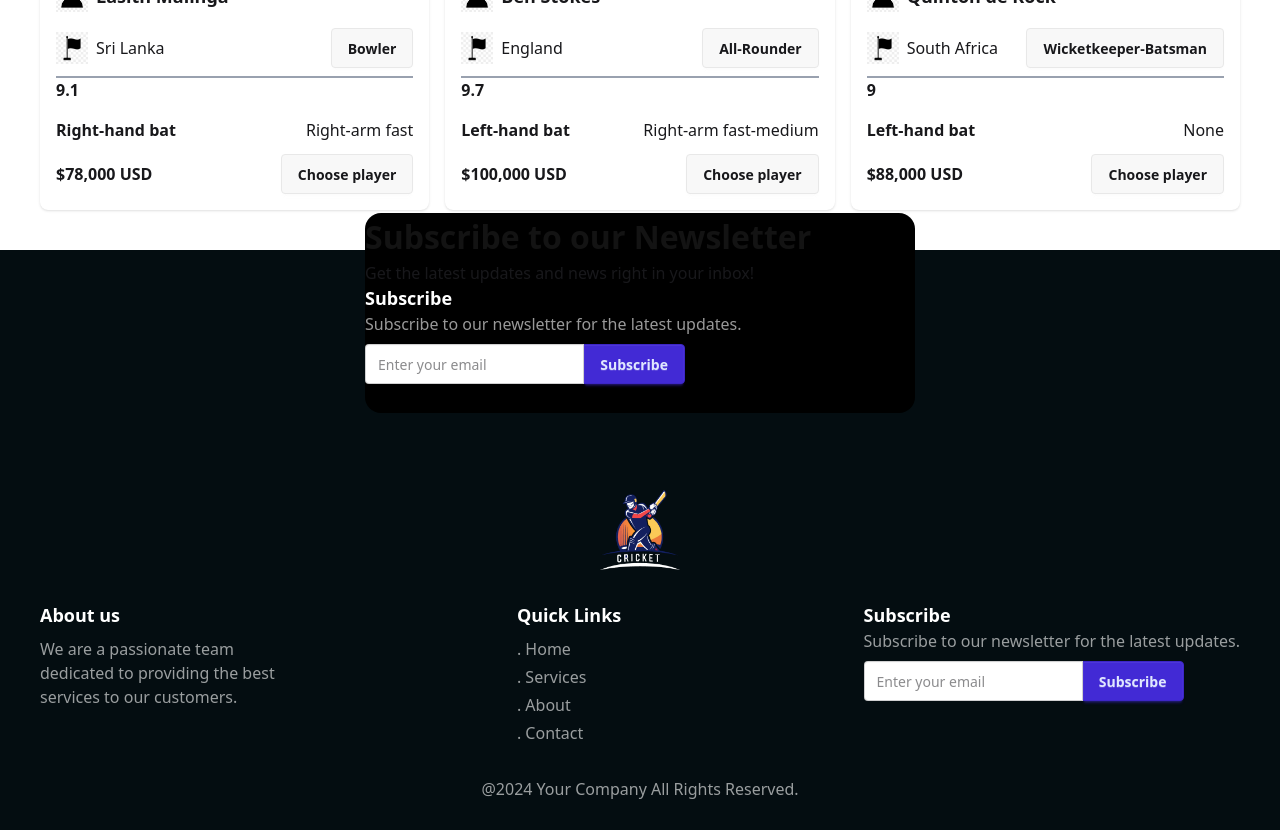
Repository: SanjidaSnigdha/Select-your-eleven
Page: /
An editor plug-in stored every save of this project. The page is shown before and after the next save, followed by the edit.
The browser window is 1280 px wide. The pictures show the part of the page from y = 2867 to 3819 px (the page is 3697 px tall before and 3857 px after).
The project was rebuilt for these pictures with package versions that can differ from the ones it lists, and the page was loaded fresh each time. Also part of the build but not shown: vite.config.js, src/App.css, src/components/SelectedCard/SelectedCard.jsx, src/components/SelectedPlayers/SelectedPlayers.jsx.

Above is the page before, as saved 2026-03-23 01:31:53.

After the next save:
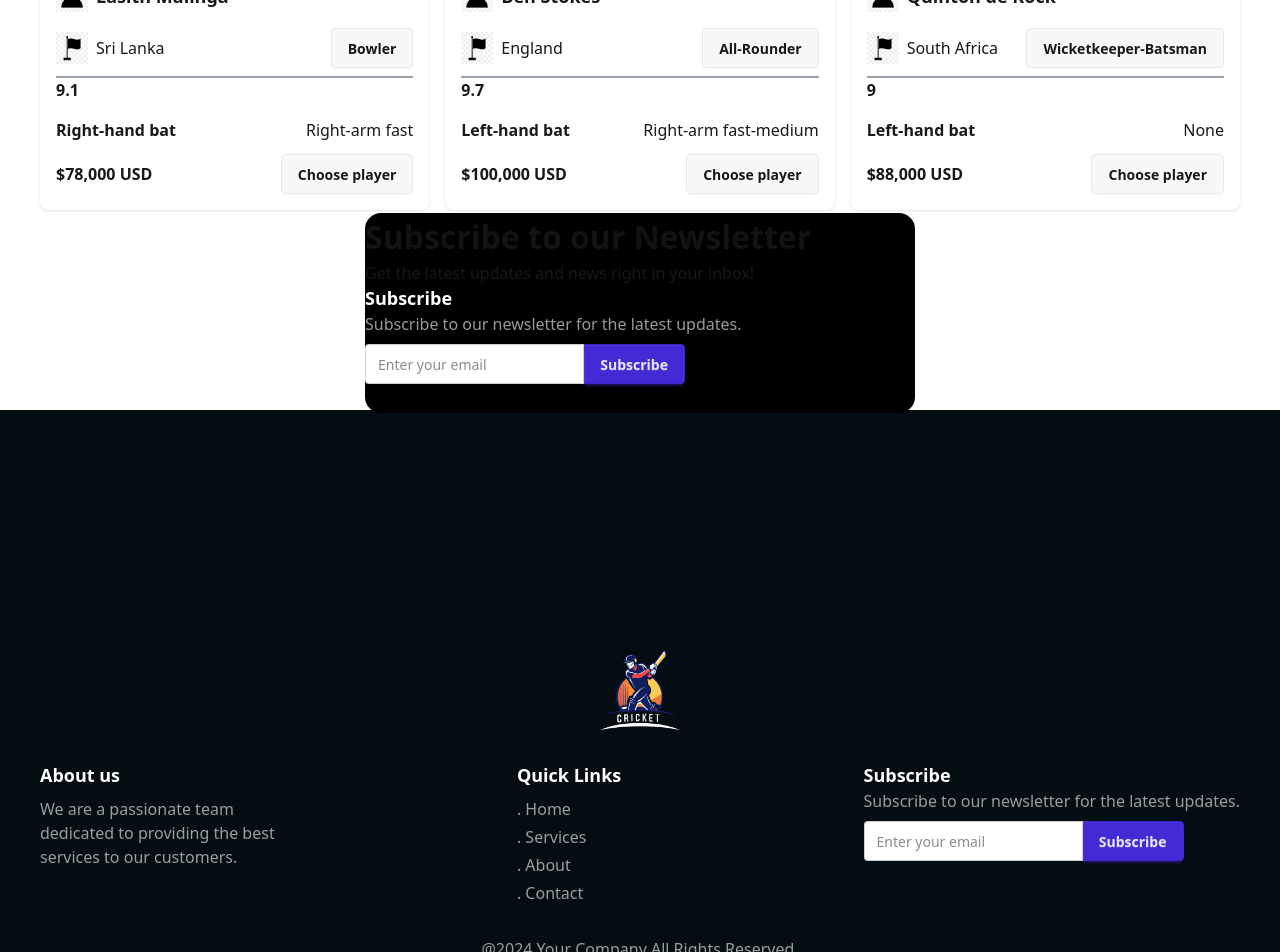
Saved 96 s later.
--- a/src/components/Footer/Footer.jsx
+++ b/src/components/Footer/Footer.jsx
@@ -3,7 +3,7 @@
 
 const Footer = () => {
     return (
-        <footer className="bg-[#040D11] text-base-content p-10 mt-10 w-full h-[580px]">
+        <footer className="bg-[#040D11] text-base-content p-10 mt-50 w-full h-[580px]">
             {/* Footer Image */}
             <div className='flex justify-center mt-50'>
             <img src={footerImg} alt="" className='w-20 h-20 mb-8'/>
